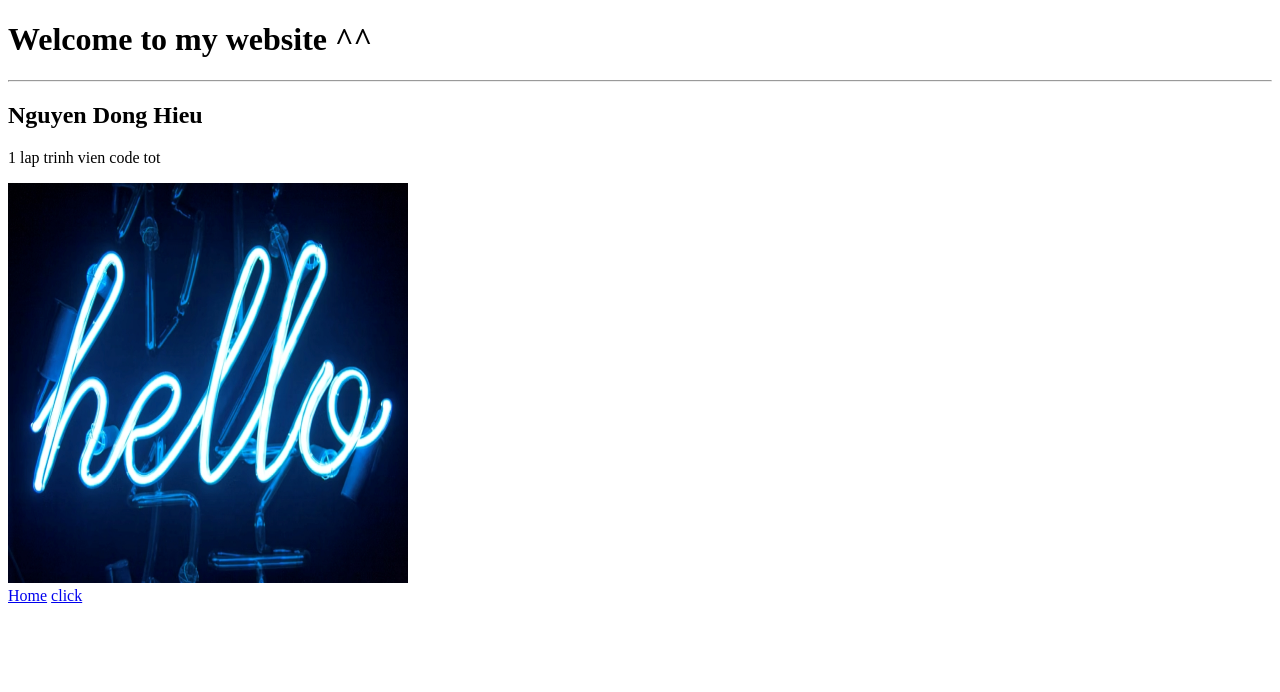
Repository: nguyendonghieu1011-png/project2
Page: more-info/index.html
These files come from the project's save history. The page is drawn as it stood at one moment and after the next save; the edit follows.
The browser window is 1280 px wide. The pictures show the whole page.

Above is the page before, as saved 2025-11-05 22:06:45.

After the next save:
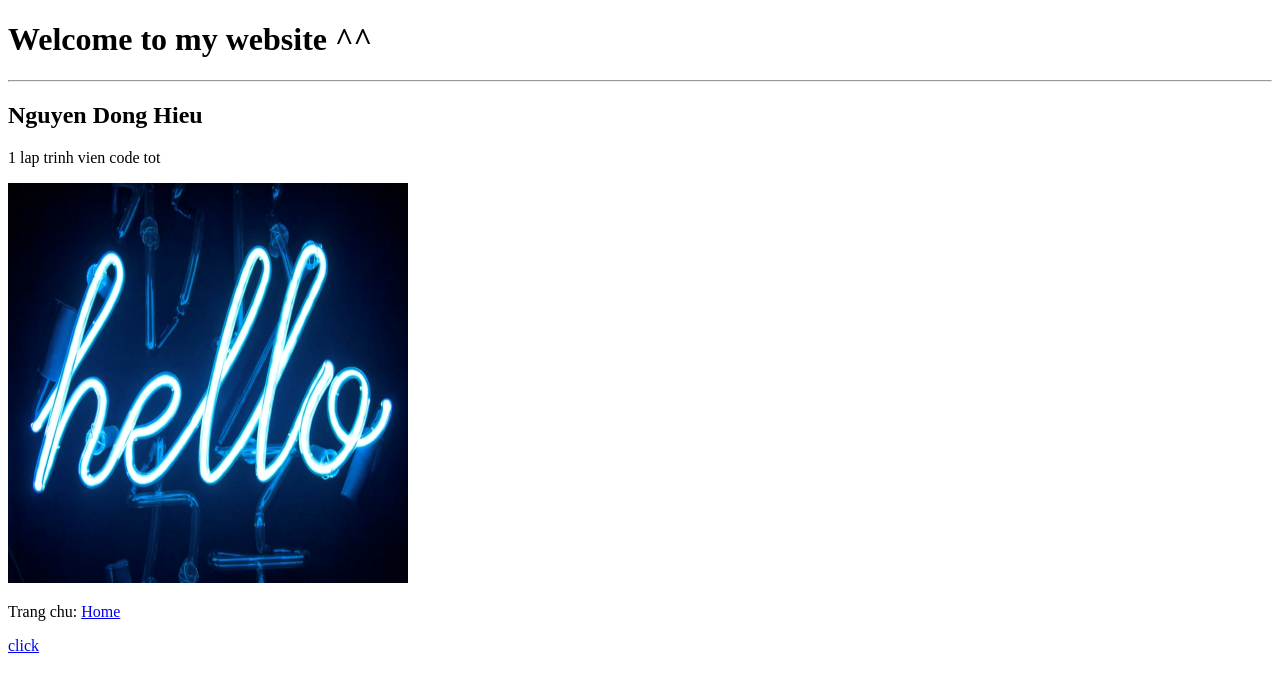
Saved 6 min 13 s later.
--- a/more-info/index.html
+++ b/more-info/index.html
@@ -14,7 +14,10 @@
     <img src="../img/hello.jpg" width="400px" height="400px" /> <br />
 
     <!-- 1. điều hướng đến trang chủ -->
-    <a href="/more-info/index.html">Home</a>
+    <p>
+      Trang chu:
+      <a href="/more-info/index.html">Home</a>
+    </p>
     <!-- 2. điều hướng đến happy.html -->
     <a href="/more-info/happy.html">click</a>
   </body>
